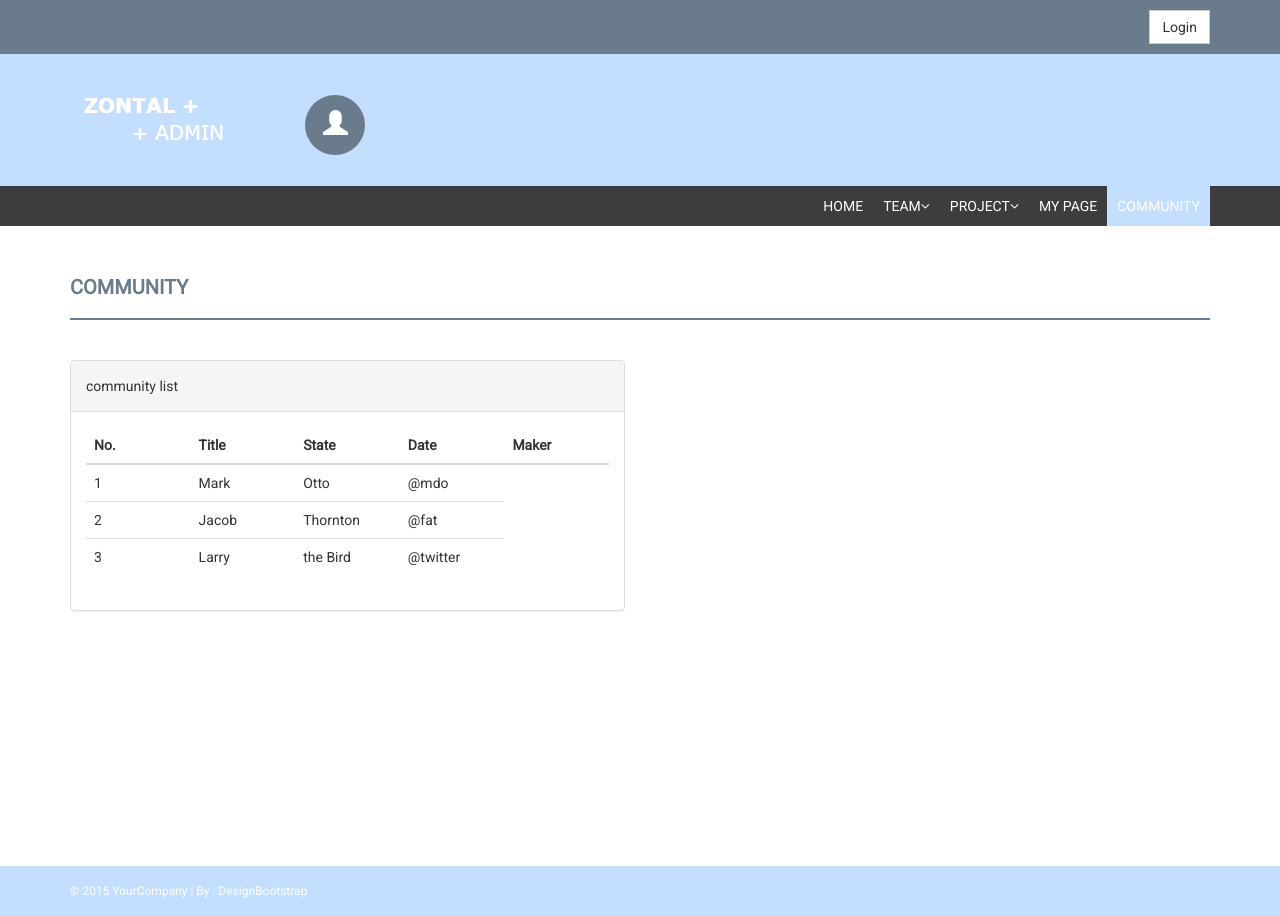
Repository: hwju91/skuniv
Page: http://localhost/0903.2/WEB-INF/jsp/community/communityselect.jsp
The author's editor kept a copy of each file at every save. The page is drawn from the files as they stood at one save, then again after the next save.
The browser window is 1280 px wide. The pictures show the whole page.
The page is served by Tomcat 9. Nobody is signed in. The template is opened directly, without the code that normally fills it, so the values that code supplies are empty.

Above is the page before, as saved 2016-09-08 12:06:07.

After the next save:
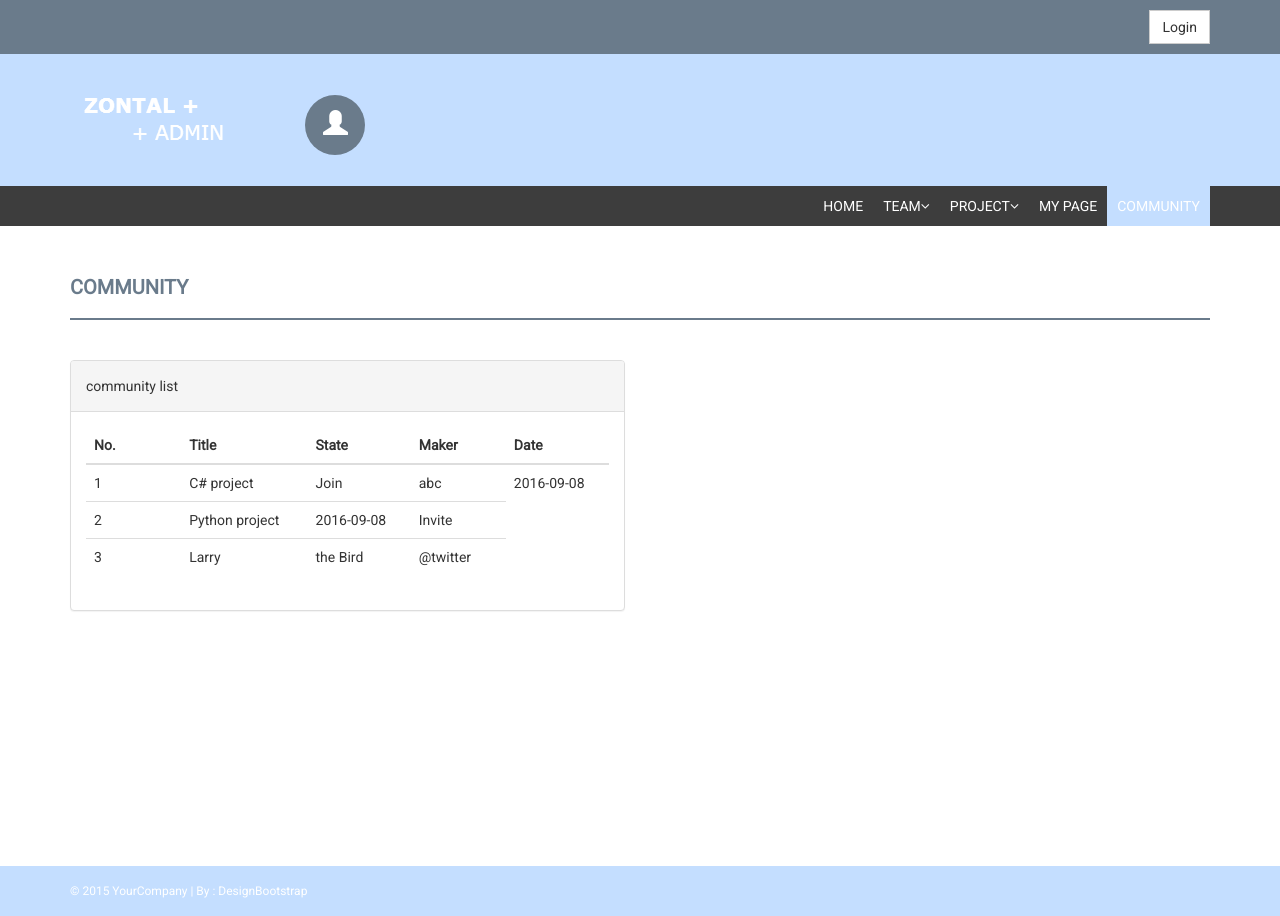
Saved 2 min 4 s later.
--- a/0903.2/WebContent/WEB-INF/jsp/community/communityselect.jsp
+++ b/0903.2/WebContent/WEB-INF/jsp/community/communityselect.jsp
@@ -25,23 +25,25 @@
                                             <th>No.</th>
                                             <th>Title</th>
                                             <th>State</th>
+                                            <th>Maker</th>
                                             <th>Date</th>
-                                            <th>Maker</th>
 
                                         </tr>
                                     </thead>
                                     <tbody>
                                         <tr>
                                             <td>1</td>
-                                            <td>Mark</td>
-                                            <td>Otto</td>
-                                            <td>@mdo</td>
+                                            <td>C# project</td>
+                                            <td>Join</td>
+                                            <td>abc</td>
+                                            <td>2016-09-08</td>
                                         </tr>
                                         <tr>
                                             <td>2</td>
-                                            <td>Jacob</td>
-                                            <td>Thornton</td>
-                                            <td>@fat</td>
+                                            <td>Python project</td>
+                                            <td>2016-09-08</td>
+                                            <td>Invite</td>
+
                                         </tr>
                                         <tr>
                                             <td>3</td>
